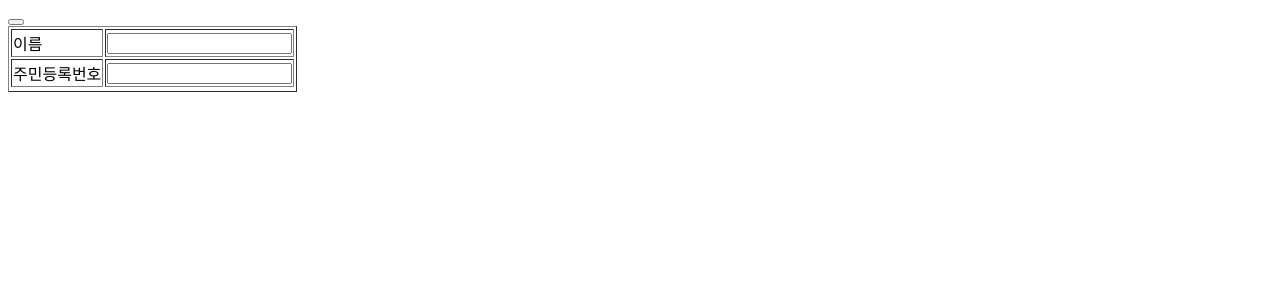
Repository: Jhoon0211/java_work
Page: http://localhost/jspProj/res_number/res_number.jsp
The author's editor kept a copy of each file at every save. The page is drawn from the files as they stood at one save, then again after the next save.
The browser window is 1280 px wide. The pictures show the whole page.
The page is served by Tomcat 9. Other server files are loaded and not shown.

Above is the page before, as saved 2023-08-02 02:08:34.

### jspProj/src/main/webapp/res_number/res_number.jsp
<%@ page language="java" contentType="text/html; charset=UTF-8"
    pageEncoding="UTF-8"%>
<!DOCTYPE html>
<html>
<head>
<meta charset="UTF-8">
<title>Insert title here</title>
</head>
<body>
	<form>
		<table border="">
			<tr>
				<td>이름</td>
				<td><input type="text" /></td>
			</tr>
			<tr>
				<td>주민등록번호</td>
				<td><input type="text" /></td>
			</tr>
			<tr><button type="submit" value="제출"></button></tr>
		</table>
	</form>
</body>
</html>

After the next save:
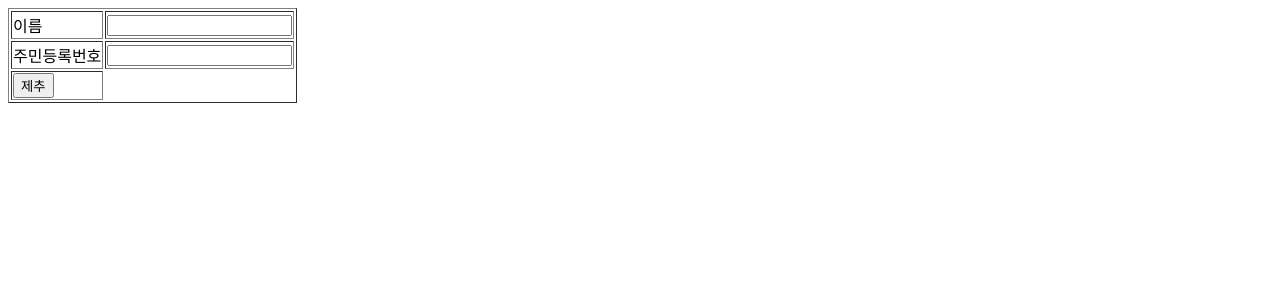
Saved 21 s later.
--- a/jspProj/src/main/webapp/res_number/res_number.jsp
+++ b/jspProj/src/main/webapp/res_number/res_number.jsp
@@ -17,7 +17,11 @@
 				<td>주민등록번호</td>
 				<td><input type="text" /></td>
 			</tr>
-			<tr><button type="submit" value="제출"></button></tr>
+			<tr>
+				<td>
+					<button type="submit" value="제출">제추</button>
+				</td>
+			</tr>
 		</table>
 	</form>
 </body>
